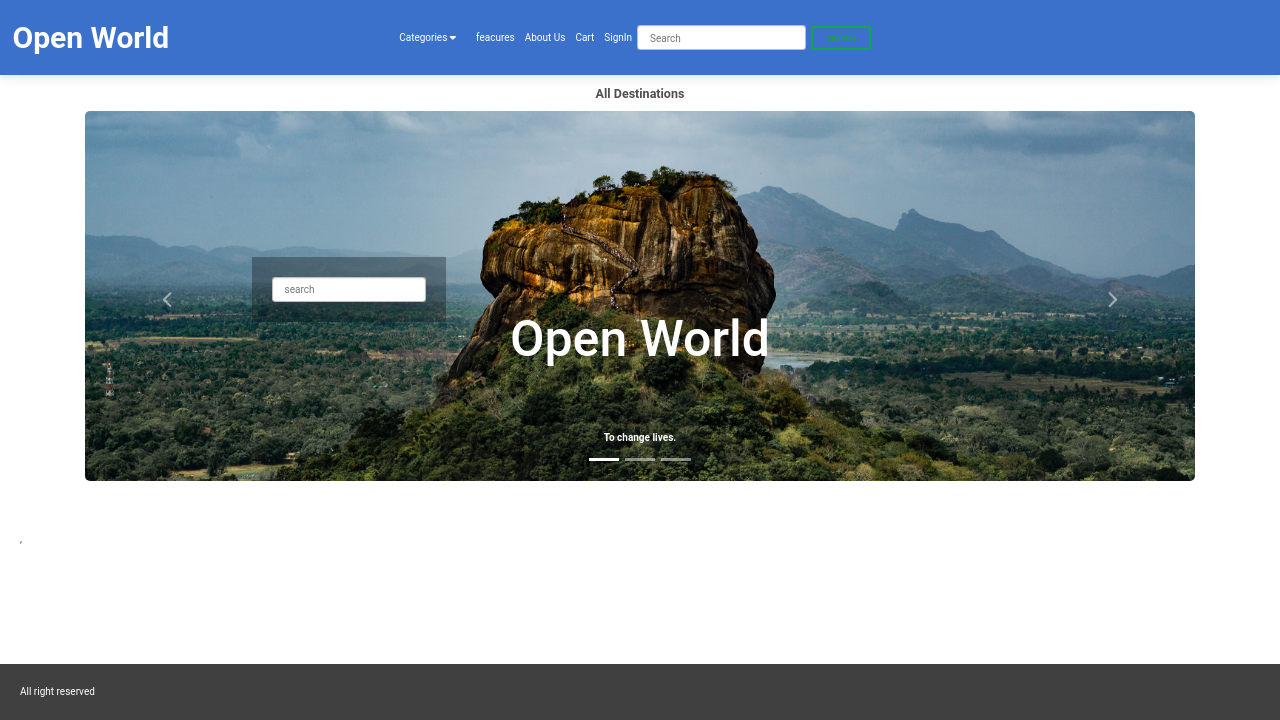
Repository: amila1998/Open-World-MERN-Stack
Page: /DestinationHomeScreen (app in frontend/)
An editor plug-in stored every save of this project. The page is shown before and after the next save, followed by the edit.
The browser window is 1280 px wide. The pictures show the whole page.
The page's requests for data from a server got no answer. Some web libraries are served in a nearby version. The project was rebuilt for these pictures with package versions that can differ from the ones it lists, and the page was loaded fresh each time. No one was signed in, and anything a server would have sent is missing. Also part of the build but not shown: frontend/src/components/Rating.js, frontend/src/components/LoadingBox.js, frontend/src/components/MessageBox.js, frontend/src/actions/hotelActions.js, frontend/src/components/Rooms.js, frontend/src/styles/hotelsandRooms.css, frontend/src/screens/HotelDetailsScreen.js, frontend/src/screens/SigninScreen.js and 53 more.

Above is the page before, as saved 2021-10-10 03:04:37.

### frontend/public/index.html
<!DOCTYPE html>
<html lang="en">
  <head>
    <meta charset="utf-8" />
    <link rel="icon" href="%PUBLIC_URL%/favicon.ico" />
    <link
      rel="stylesheet"
      href="https://cdnjs.cloudflare.com/ajax/libs/font-awesome/4.7.0/css/font-awesome.min.css"/>

    <meta name="viewport" content="width=device-width, initial-scale=1" />
    <meta name="theme-color" content="#000000" />
    <meta
      name="description"
      content="Web site created using create-react-app"
    />
    <link rel="apple-touch-icon" href="%PUBLIC_URL%/logo192.png" />
    <!--
      manifest.json provides metadata used when your web app is installed on a
      user's mobile device or desktop. See https://developers.google.com/web/fundamentals/web-app-manifest/
    -->
    <link rel="manifest" href="%PUBLIC_URL%/manifest.json" />
    <link rel="stylesheet" href="https://maxcdn.bootstrapcdn.com/bootstrap/4.5.2/css/bootstrap.min.css">
   <script src="https://ajax.googleapis.com/ajax/libs/jquery/3.5.1/jquery.min.js"></script>
   <script src="https://cdnjs.cloudflare.com/ajax/libs/popper.js/1.16.0/umd/popper.min.js"></script>
   <script src="https://maxcdn.bootstrapcdn.com/bootstrap/4.5.2/js/bootstrap.min.js"></script>

   <link href="https://cdn.jsdelivr.net/npm/bootstrap@5.1.1/dist/css/bootstrap.min.css" rel="stylesheet" integrity="sha384-F3w7mX95PdgyTmZZMECAngseQB83DfGTowi0iMjiWaeVhAn4FJkqJByhZMI3AhiU" crossorigin="anonymous">
    <script src="https://cdn.jsdelivr.net/npm/bootstrap@5.1.1/dist/js/bootstrap.bundle.min.js" integrity="sha384-/bQdsTh/da6pkI1MST/rWKFNjaCP5gBSY4sEBT38Q/9RBh9AH40zEOg7Hlq2THRZ" crossorigin="anonymous"></script>
    <script src="https://cdn.jsdelivr.net/npm/@popperjs/core@2.9.3/dist/umd/popper.min.js" integrity="sha384-W8fXfP3gkOKtndU4JGtKDvXbO53Wy8SZCQHczT5FMiiqmQfUpWbYdTil/SxwZgAN" crossorigin="anonymous"></script>
    <script src="https://cdn.jsdelivr.net/npm/bootstrap@5.1.1/dist/js/bootstrap.min.js" integrity="sha384-skAcpIdS7UcVUC05LJ9Dxay8AXcDYfBJqt1CJ85S/CFujBsIzCIv+l9liuYLaMQ/" crossorigin="anonymous"></script>
    <!--
      Notice the use of %PUBLIC_URL% in the tags above.
      It will be replaced with the URL of the `public` folder during the build.
      Only files inside the `public` folder can be referenced from the HTML.

      Unlike "/favicon.ico" or "favicon.ico", "%PUBLIC_URL%/favicon.ico" will
      work correctly both with client-side routing and a non-root public URL.
      Learn how to configure a non-root public URL by running `npm run build`.
    -->

    <script src="https://kit.fontawesome.com/af4d2e6f80.js" crossorigin="anonymous"></script>
    <link rel="manifest" href="%PUBLIC_URL%/manifest.json" />
    <link href="https://cdn.jsdelivr.net/npm/bootstrap@5.1.1/dist/css/bootstrap.min.css" rel="stylesheet" integrity="sha384-F3w7mX95PdgyTmZZMECAngseQB83DfGTowi0iMjiWaeVhAn4FJkqJByhZMI3AhiU" crossorigin="anonymous">
    <script src="https://cdn.jsdelivr.net/npm/bootstrap@5.1.1/dist/js/bootstrap.bundle.min.js" integrity="sha384-/bQdsTh/da6pkI1MST/rWKFNjaCP5gBSY4sEBT38Q/9RBh9AH40zEOg7Hlq2THRZ" crossorigin="anonymous"></script>
    <script src="https://cdn.jsdelivr.net/npm/@popperjs/core@2.9.3/dist/umd/popper.min.js" integrity="sha384-W8fXfP3gkOKtndU4JGtKDvXbO53Wy8SZCQHczT5FMiiqmQfUpWbYdTil/SxwZgAN" crossorigin="anonymous"></script>
    <script src="https://cdn.jsdelivr.net/npm/bootstrap@5.1.1/dist/js/bootstrap.min.js" integrity="sha384-skAcpIdS7UcVUC05LJ9Dxay8AXcDYfBJqt1CJ85S/CFujBsIzCIv+l9liuYLaMQ/" crossorigin="anonymous"></script>



    <title>Open World</title>
  </head>
  <body >
    <noscript>You need to enable JavaScript to run this app.</noscript>
    <div id="root"></div>
    <!--
      This HTML file is a template.
      If you open it directly in the browser, you will see an empty page.

      You can add webfonts, meta tags, or analytics to this file.
      The build step will place the bundled scripts into the <body> tag.

      To begin the development, run `npm start` or `yarn start`.
      To create a production bundle, use `npm run build` or `yarn build`.
    -->
  </body>
     <script src="https://code.jquery.com/jquery-3.4.1.slim.min.js" integrity="sha384-J6qa4849blE2+poT4WnyKhv5vZF5SrPo0iEjwBvKU7imGFAV0wwj1yYfoRSJoZ+n" crossorigin="anonymous"></script>
    <script src="https://cdn.jsdelivr.net/npm/popper.js@1.16.0/dist/umd/popper.min.js" integrity="sha384-Q6E9RHvbIyZFJoft+2mJbHaEWldlvI9IOYy5n3zV9zzTtmI3UksdQRVvoxMfooAo" crossorigin="anonymous"></script>
    <script src="https://stackpath.bootstrapcdn.com/bootstrap/4.4.1/js/bootstrap.min.js" integrity="sha384-wfSDF2E50Y2D1uUdj0O3uMBJnjuUD4Ih7YwaYd1iqfktj0Uod8GCExl3Og8ifwB6" crossorigin="anonymous"></script>
</html>

### frontend/src/components/DestinationHomeScreen.js
import React, { Component } from 'react';
import axios from 'axios';
import * as mdb from 'mdb-ui-kit'; // lib
import { Input } from 'mdb-ui-kit'; // module
import "../dest.css"



export default class DestinationHomeScreen extends Component {
constructor(props){
    super(props);
    this.state={
        destinations:[]
    };
}

componentDidMount(){
    this.retrieveDestinations();
}

retrieveDestinations(){
    axios.get("http://localhost:8800/destinations").then(res=>{
        if(res.data.success){
            this.setState({
                destinations:res.data.existingDestinations
            });
            console.log(this.state.destinations)
        }
    });
}


onDelete = (id) =>{
    axios.delete(`http://localhost:8800/destination/delete/${id}`).then((res)=>{
        alert("Delete successfully");
        this.retrieveDestinations();
    });
}


filterData(destinations,searchkey){
    const result = destinations.filter((destination) =>
        destination.title.toLowerCase().includes(searchkey)
    )

    this.setState({destinations:result})
}


handleSearchArea = (e) =>{
    const searchkey = e.currentTarget.value;
    axios.get("http://localhost:8800/destinations").then(res=>{
        if(res.data.success){
            this.filterData(res.data.existingDestinations,searchkey)
        }
    });
}


render() {
    return (
        <div className="container">
            <br/><h5><p><b><center>All Destinations</center></b></p></h5>

            <div className="container">
                    <div
                    id="carouselBasicExample"
                    className="carousel slide carousel-fade"
                    data-mdb-ride="carousel"
                    >

                    <div className="carousel-indicators">
                        <button
                        type="button"
                        data-mdb-target="#carouselBasicExample"
                        data-mdb-slide-to="0"
                        className="active"
                        aria-current="true"
                        aria-label="Slide 1"
                        ></button>
                        <button
                        type="button"
                        data-mdb-target="#carouselBasicExample"
                        data-mdb-slide-to="1"
                        aria-label="Slide 2"
                        ></button>
                        <button
                        type="button"
                        data-mdb-target="#carouselBasicExample"
                        data-mdb-slide-to="2"
                        aria-label="Slide 3"
                        ></button>
                    </div>


                    <div className="carousel-inner">

                        <div className="carousel-item active">
                        <img
                            src="../image/p4.jpg"
                            className="d-block w-100"
                            alt="..."
                        />
                        <div className="carousel-caption d-none d-md-block" >

                        <div className="col-lg-3 mt-2 mb-2"  id="slide">
                                        <input
                                        className="form-control"
                                        type="search"
                                        placeholder="search"
                                        name="searchQuery"
                                        onChange={this.handleSearchArea}/>
                                </div>


                            <h1 id="openworld" >Open World</h1>

                            <p>
                            To change lives.
                            </p>
                        </div>
                        </div>


                        <div className="carousel-item">
                        <img
                            src="../image/p6.jpg"
                            className="d-block w-100"
                            alt="..."
                        />
                        <div className="carousel-caption d-none d-md-block">





                        <div className="col-lg-3 mt-2 mb-2"  id="slide">
                                        <input
                                        className="form-control"
                                        type="search"
                                        placeholder="search"
                                        name="searchQuery"
                                        onChange={this.handleSearchArea}/>
                                </div>
                            <h1 id="openworld" >Open World</h1>

                            <p>
                            To change lives.
                            </p>
                        </div>
                        </div>


                        <div className="carousel-item">
                        <img
                            src="../image/p3.jpg"
                            className="d-block w-100"
                            alt="..."
                        />
                        <div className="carousel-caption d-none d-md-block">

                        <div className="col-lg-3 mt-2 mb-2"  id="slide">
                                        <input
                                        className="form-control"
                                        type="search"
                                        placeholder="search"
                                        name="searchQuery"
                                        onChange={this.handleSearchArea}/>
                                </div>

                                <h1 id="openworld" >Open World</h1>

                            <p>
                            To change lives.
                            </p>
                        </div>
                        </div>
                    </div>


                    <button
                        className="carousel-control-prev"
                        type="button"
                        data-mdb-target="#carouselBasicExample"
                        data-mdb-slide="prev"
                    >
                        <span className="carousel-control-prev-icon" aria-hidden="true"></span>
                        <span className="visually-hidden">Previous</span>
                    </button>
                    <button
                        className="carousel-control-next"
                        type="button"
                        data-mdb-target="#carouselBasicExample"
                        data-mdb-slide="next"
                    >
                        <span className="carousel-control-next-icon" aria-hidden="true"></span>
                        <span className="visually-hidden">Next</span>
                    </button>
                    </div>
                    </div>

                          <div className="row">
                            <main>
                                <div className="row center">

                                      {this.state.destinations.map((destinations,index)=>(
                                        <div className="destination-card">
                                        <a href={`/Destination/${destinations._id}`}>

                                        <img className="destination-medium" src={ "http://localhost:8800/" + destinations.image1 } alt="gjgjgj"/>
                                        </a>
                                        <div className="destination-card-body">
                                            <a href={`/Destination/${destinations._id}`}>
                                                <h6><center>{destinations.title}</center></h6>
                                                <center><a href={`/Destination/${destinations._id}`} class="btn btn-primary">View</a></center>
                                            </a>
                                        </div>
                                    </div>
                                    ))
                                }
                            </div>
                        </main>
                    </div>
        </div>
    )
}
}

### frontend/src/dest.css
@import '~mdb-ui-kit/css/mdb.min.css';

.d-block{
  max-width: 500%;
  height: auto;
}

.row {
  display: flex;
  flex-wrap: wrap;
  justify-content: space-between;
  align-items: center;

}
.row.center {
  justify-content: center;
}

/*image*/
img {
  border-radius: 0.5rem;;
}
img.destination-medium {
  max-width: 20rem;
  width: 100%;
  height: 50%;
}

/*destination-card*/
.destination-card{
    border:0.1rem #c0c0c0 solid;
    background-color: #f8f8f8;
    border-radius: 0.8rem;
    margin: 1rem;
    width: auto;
    margin-bottom: 0.1rem;


}
.destination-card-body{
    padding: 0.5rem;

}
.destination-card-body > *{

    margin-bottom: 0.1rem;
}


#slide{
  background: rgba(0, 0, 0, 0.3);
  margin-top: 200px;
  width: 100%;
  padding :20px;
  padding-right: 20px;
  box-sizing: border-bod;
  position: absolute;
  bottom: 142px;



}

#openworld{

  width: 100%;
  position: absolute;
  bottom: 80px;
  transform: translateY(-50%);
  text-align: center;
  color: rgb(255, 255, 255);
  font-size: 50px;
  margin-top: 50px;
  line-height: 25px;
}

#Destination-add{
  border-radius: 0.5rem;
  max-width: 50rem;
  width: 100%;
  padding: 10px 10px;
}




.wrapper{
  width: 100%;

  display: flex;
  flex-direction: column;
  justify-content: center;
  align-items: center;
}



.wrapper .youtube-box{
  width: 50%;
  height: 0px;
  background-color: #e4e4e4;
}

@media(max-width: 768px){
  .wrapper .form, .wrapper .youtube-box{
    width: 100%;
  }
}

.wrapper .youtube-box .video{
  width: 100%;
  height: 100%;
  min-height: 100%;
  max-height: 100%;
  max-width: 100%;
  min-width: 100%;
}

.error-msg{
  width: 50%;
  font-size: 14px;
  font-weight: 600;
  color: red;
}

@media(max-width: 768px){
  .error-msg{
    width: 100%;
  }
}




#Details-Image{
  max-width: 98.5%;
  height: auto;
  border-radius: 0.1rem;
}



#header{
  max-width: 100%;
}





.full-container {
  margin: 1rem;
  width: 20.5rem;
  height: calc(100% + 2rem);
}

.container_map{
  margin: 1rem;
  width: 39.5rem;
  height: calc(100% + 2rem);
}
.map-input-box {

  width: 100rem;
  height: 100rem;
  display: flex;
}

.map-input-box {

  width: 1rem;
  height: 22.5rem;

}

.map-input-box input {
  border-radius: 1rem 0 0 1rem;
  border-right: 0;
}
.map-input-box button {
  border-radius: 0 1rem 1rem 0;
  border-left: 0;
}

.visit{
  width:100%;
  padding: 10px;
  margin-left: 150px;
  margin-top: -60px;
}

.des_details{
  width: 95%;

}

.vl {
  border-left: 4px solid green;
  height: 750px;
}



.formcontrol{

  width: 70rem;

}

Loaded but not shown: frontend/src/reportWebVitals.js (common file); frontend/src/components/PrivateRoute.js (common file); frontend/src/components/AdminRouter.js (common file); frontend/src/App.js (199 lines, source omitted); frontend/src/actions/userAction.js (173 lines, source omitted); frontend/src/components/NavigationBar/Navigation.js (160 lines, source omitted); frontend/src/reducers/userReducers.js (131 lines, source omitted); frontend/src/reducers/hotelbookingReducers.js (117 lines, source omitted); frontend/src/reducers/hotelReducers.js (111 lines, source omitted); frontend/src/reducers/roomReducers.js (96 lines, source omitted); frontend/src/components/AdminSidebarData.js (112 lines, source omitted); frontend/src/store.js (72 lines, source omitted); frontend/src/reducers/hotelSPReducers.js (77 lines, source omitted); frontend/src/constants/hotelbookingConstants.js (31 lines, source omitted); frontend/src/constants/userConstants.js (29 lines, source omitted); frontend/src/constants/hotelConstants.js (27 lines, source omitted); frontend/src/constants/roomConstants.js (27 lines, source omitted); frontend/src/actions/guideAction.js (35 lines, source omitted); frontend/src/constants/hotelSpConstants.js (15 lines, source omitted); frontend/src/components/HotelServiceProviderSidebarData.js (36 lines, source omitted); frontend/src/index.js (21 lines, source omitted); frontend/src/reducers/guideReducers.js (26 lines, source omitted); frontend/src/components/HotelServiceProviderRouter.js (20 lines, source omitted); frontend/src/components/GuideRouter.js (20 lines, source omitted); frontend/src/constants/guideConstants.js (4 lines, source omitted); frontend/src/index.css (698 lines, source omitted)

After the next save:
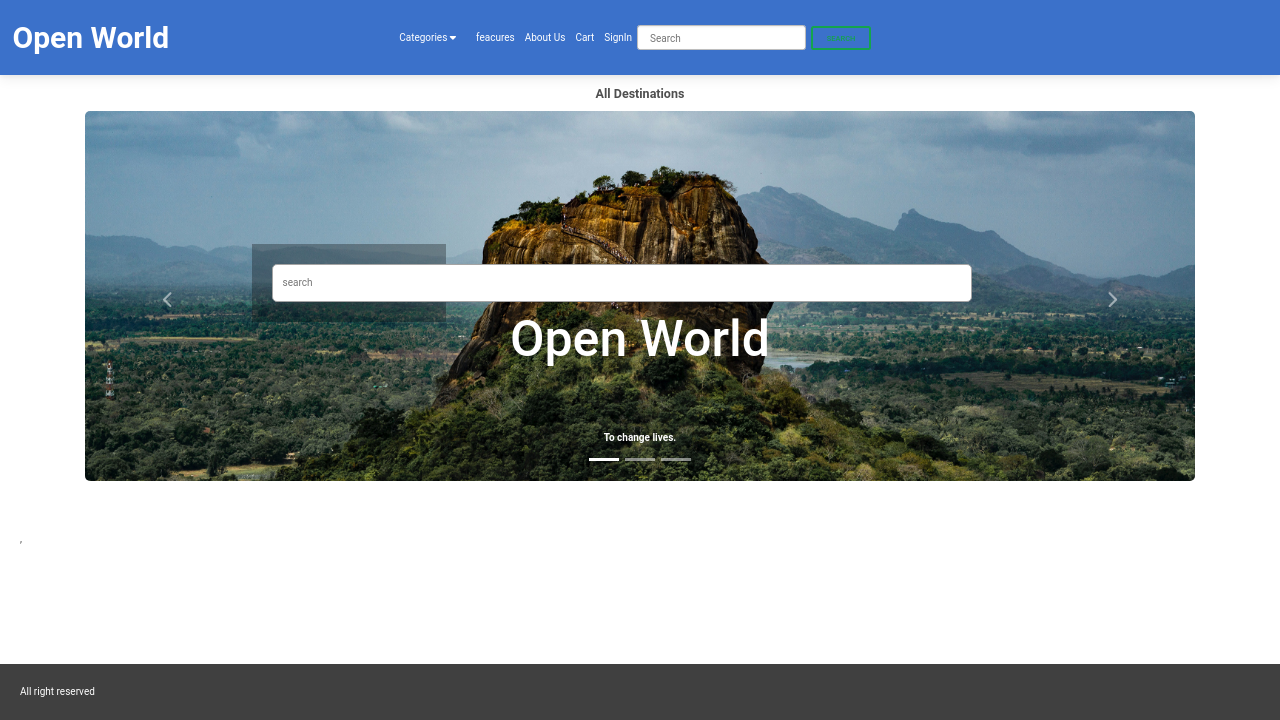
Saved 24 s later.
--- a/frontend/src/components/DestinationHomeScreen.js
+++ b/frontend/src/components/DestinationHomeScreen.js
@@ -105,7 +105,7 @@ render() {
 
                         <div className="col-lg-3 mt-2 mb-2"  id="slide">
                                         <input
-                                        className="form-control"
+                                        className="formcontrol"
                                         type="search"
                                         placeholder="search"
                                         name="searchQuery"
